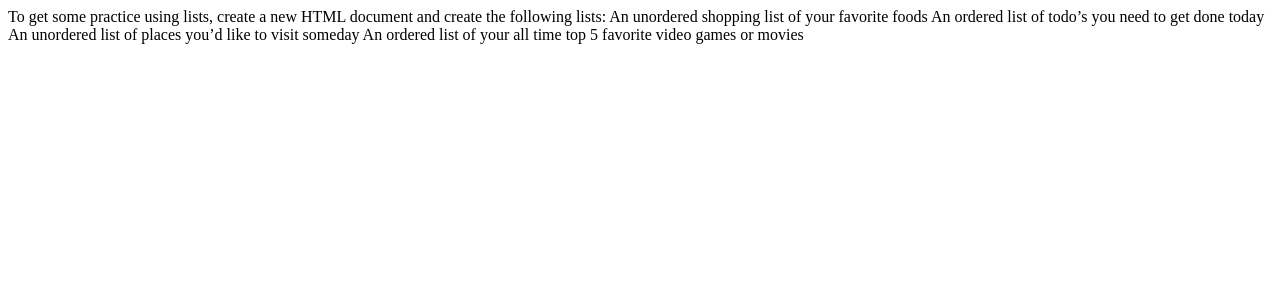
Repository: nashthecoder/code4days
Page: shopping_list/index.html
These files come from the project's save history. The page is drawn as it stood at one moment and after a run of saves; the edit follows.
The browser window is 1280 px wide. The pictures show the whole page.

Above is the page before, as saved 2023-03-16 15:14:26.

### shopping_list/index.html
To get some practice using lists, create a new HTML document and create the following lists:

An unordered shopping list of your favorite foods
An ordered list of todo’s you need to get done today
An unordered list of places you’d like to visit someday
An ordered list of your all time top 5 favorite video games or movies

After the next 2 saves:
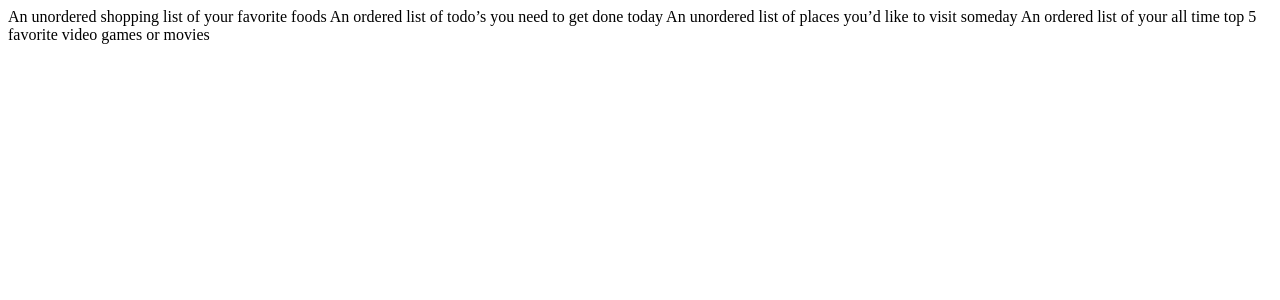
The 2 saves are shown as one change because they came seconds apart.
The last was saved 7 s later.
--- a/shopping_list/index.html
+++ b/shopping_list/index.html
@@ -1,4 +1,3 @@
-To get some practice using lists, create a new HTML document and create the following lists:
 
 An unordered shopping list of your favorite foods
 An ordered list of todo’s you need to get done today
